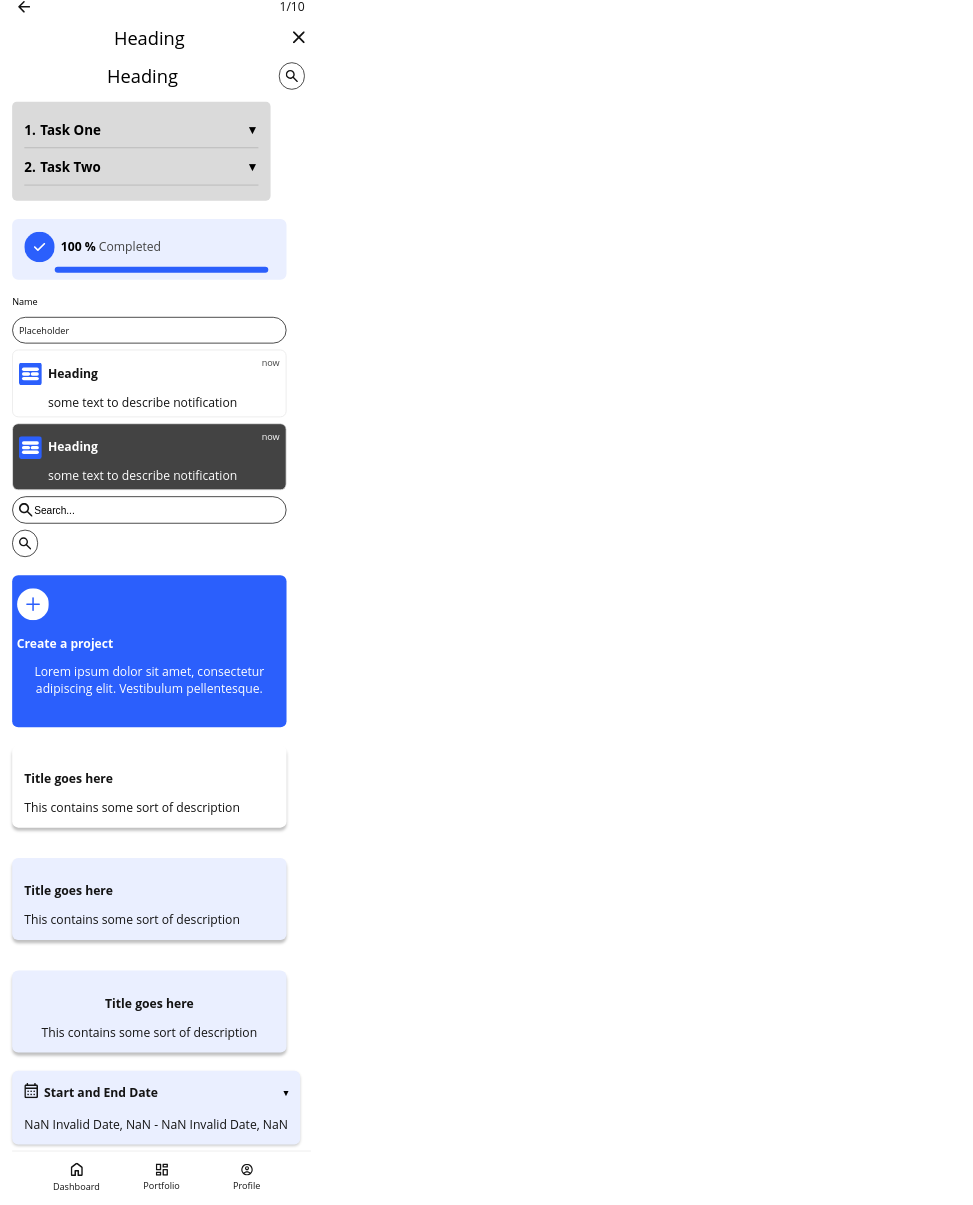
Repository: brunaguarizo/mosaic_app
Page: /
These files come from the project's save history. The page is drawn as it stood at one moment and after the next save; the edit follows.
The browser window is 1280 px wide. The pictures show the whole page, at 76% of full size.
The project was rebuilt for these pictures with package versions that can differ from the ones it lists, and the page was loaded fresh each time. The framework's server and built-in components were replaced by stand-ins that run in the browser. Also part of the build but not shown: next.config.mjs, app/_ui/Button/Button.js, app/_ui/Tag/Tag.js, app/_ui/Project_card/Project_card.js, app/_ui/Date_PopUp/Date_PopUp.module.css, app/_ui/Date_PopUp/Date_PopUp.js.

Above is the page before, as saved 2025-04-18 21:04:50.

### app/globals.css
/* ------------------------------------------------------ GENERAL STYLES ------------------------------------------------------ */
*,
*::before,
*::after {
    box-sizing: inherit;
}

html,
body {
    padding: 0;
    margin: 0;
    font-family: var(--font-family);
    box-sizing: border-box;
}

html {
    display: flex;
    justify-content: center;
    align-items: center;
    width: 393px;
    height: 100%;
    margin: var(--space-regular);
}

.container {
}

.two-column {
    display: grid;
    grid-template-columns: 1fr 1fr;
    gap: var(--space-large);
}

/* ------------------------------------------------------ VARIABLES ------------------------------------------------------ */
:root {
    /* ----- COLORS ----- */
    --blue-primary: rgb(43, 95, 252);
    --blue-50: rgb(234, 239, 255);
    --blue-900: rgb(18, 40, 106);
    --white: #ffffff;
    --black: rgb(20, 20, 20);
    --grey-400: rgb(67, 67, 67);
    --yellow-secondary: rgb(255, 218, 1);
    --orange-secondary: rgb(255, 94, 9);
    --green-secondary: rgb(0, 193, 79);
    --purple-secondary: rgb(154, 65, 255);

    /* ----- TYPE ----- */
    --font-family: "Open Sans", sans-serif;

    --header-xxlarge-size: 88px;
    --title-section-font-size: 30px;
    --button-font-size: 24px;
    --body-text-font-size: 20px;
    --menu-font-size: 16px;
    --label-font-size: 12px;

    --font-style-normal: normal;
    --font-weight-bold: bold;

    --line-height-xxlarge: 100px;
    --line-height-large: 36px;
    --line-height-medium: 28px;
    --line-height-small: 20px;

    /* ----- SPACING ----- */
    --space-small: 8px;
    --space-regular: 16px;
    --space-medium: 32px;
    --space-large: 48px;
    --space-extra-large: 140px;
}

### app/_ui/Task_Dropdown/Task_Dropdown.js
import React, { useState } from "react";
import styles from "./Task_Dropdown.module.css";

function TaskDropDown({ sections }) {
    const [openIndex, setOpenIndex] = useState(null);

    const handleToggle = (idx) => {
        setOpenIndex(openIndex === idx ? null : idx);
    };

    return (
        <div className={styles.accordion}>
            {sections.map((section, idx) => (
                <div
                    key={idx}
                    className={styles.section}>
                    <div
                        className={styles.header}
                        onClick={() => handleToggle(idx)}>
                        <span className={styles.index}>{section.index}.</span>
                        <span className={styles.title}>{section.title}</span>
                        <span className={styles.arrow}>
                            {openIndex === idx ? "▲" : "▼"}
                        </span>
                    </div>
                    {openIndex === idx && (
                        <div className={styles.content}>
                            <ul>
                                {section.items.map((item, i) => (
                                    <li key={i}>{item}</li>
                                ))}
                            </ul>
                        </div>
                    )}
                    <div className={styles.divider}></div>
                </div>
            ))}
        </div>
    );
}

export default TaskDropDown;

### app/_ui/Button/Button.module.css
.button {
    font-family: var(--font-family);
    font-size: var(--font-size-regular);
    font-weight: var(--font-weight-bold);
    width: 100%;
    padding-top: var(--space-small);
    padding-left: var(--space-regular);
    padding-right: var(--space-regular);
    padding-bottom: var(--space-small);
    border-radius: 100px;
    align-items: center;
    border: none;

    &:hover {
        background-color: var(--blue-900);
        color: var(--white);
    }
}

.primary {
    background: var(--blue-primary);
    color: var(--white);
}

.secondary {
    background-color: var(--white);
    border: 1px solid var(--blue-primary);
    color: var(--blue-primary);
}

.disabled {
    pointer-events: none;
    color: var(--white);
    background-color: var(--blue-100);
}

.small {
    font-size: var(--font-size-small);
    padding: var(--space-small);
    align-items: center;
}

.large {
    font-size: var(--font-size-large);
    padding: var(--space-regular);
}

.error {
    background-color: var(--orange-secondary);
}

/* ------------------------------------------------------ VARIABLES ------------------------------------------------------ */
:root {
    /* ----- COLORS ----- */
    --blue-primary: rgb(43, 95, 252);
    --blue-50: rgb(234, 239, 255);
    --blue-100: #bdcdfe;
    --blue-900: rgb(18, 40, 106);
    --white: #ffffff;
    --black: rgb(20, 20, 20);
    --grey-400: rgb(67, 67, 67);
    --yellow-secondary: rgb(255, 218, 1);
    --orange-secondary: rgb(255, 94, 9);
    --green-secondary: rgb(0, 193, 79);
    --purple-secondary: rgb(154, 65, 255);

    /* ----- TYPE ----- */
    --font-family: "Open Sans", sans-serif;

    --font-size-extra-large: 30px;
    --font-size-large: 24px;
    --font-size-medium: 20px;
    --font-size-regular: 16px;
    --font-size-small: 12px;

    --font-style-normal: normal;
    --font-weight-bold: bold;

    --line-height-xxlarge: 100px;
    --line-height-large: 36px;
    --line-height-medium: 28px;
    --line-height-small: 20px;

    /* ----- SPACING ----- */
    --space-small: 8px;
    --space-regular: 16px;
    --space-medium: 32px;
    --space-large: 48px;
    --space-extra-large: 140px;
}

### app/_ui/Date_Card/Date_Card.module.css
.card {
    background-color: var(--blue-50);
    border-radius: var(--space-small);
    padding: var(--space-regular);
    gap: var(--space-regular);
    box-shadow: 0 2px 4px rgba(0, 0, 0, 0.2);
    font-family: var(--font-family);
    cursor: pointer;
    display: flex;
    flex-direction: column;
    width: fit-content;
}

.header {
    display: flex;
    align-items: center;
    gap: var(--space-small);
    font-size: var(--font-size-regular);
    font-weight: var(--font-weight-bold);
    color: var(--black);
}

.label {
    flex-grow: 1;
}

.arrow {
    font-size: var(--font-size-small);
    color: black;
}

.arrow:hover {
    font-size: var(--font-size-small);
    color: var(--blue-primary);
}

.dateRange {
    margin-top: 2px;
    font-size: var(--font-size-regular);
    color: var(--black);
}

/* ------------------------------------------------------ VARIABLES ------------------------------------------------------ */
:root {
    /* ----- COLORS ----- */
    --blue-primary: rgb(43, 95, 252);
    --blue-50: rgb(234, 239, 255);
    --blue-100: #bdcdfe;
    --blue-900: rgb(18, 40, 106);
    --white: #ffffff;
    --black: rgb(20, 20, 20);
    --grey-400: rgb(67, 67, 67);
    --yellow-secondary: rgb(255, 218, 1);
    --orange-secondary: rgb(255, 94, 9);
    --green-secondary: rgb(0, 193, 79);
    --purple-secondary: rgb(154, 65, 255);

    /* ----- TYPE ----- */
    --font-family: "Open Sans", sans-serif;

    --font-size-extra-large: 30px;
    --font-size-large: 24px;
    --font-size-medium: 20px;
    --font-size-regular: 16px;
    --font-size-small: 12px;

    --font-style-normal: normal;
    --font-weight-bold: bold;

    --line-height-xxlarge: 100px;
    --line-height-large: 36px;
    --line-height-medium: 28px;
    --line-height-small: 20px;

    /* ----- SPACING ----- */
    --space-small: 8px;
    --space-regular: 16px;
    --space-medium: 32px;
    --space-large: 48px;
    --space-extra-large: 140px;
}

### app/_ui/Create_Project_Button/Create_Project_Button.module.css
.button_background {
    background-color: var(--blue-primary);
    border-radius: var(--space-small);
    border: none;
    width: 361px;
    height: 200px;
    display: flex;
    flex-direction: column;
    margin-top: var(--space-regular);
}

.button_icon {
    width: 42px;
    height: 42px;
    align-self: center;
    box-sizing: content-box;
    margin-top: var(--space-regular);
}

.button_heading {
    text-align: center;
    font-family: "Open Sans", sans-serif;
    font-size: var(--menu-font-size);
    font-weight: var(--font-weight-bold);
    color: white;
    padding: 0px;
    border: 0px;
    margin-top: var(--space-regular);
    margin-bottom: 0px;
}

.button_description {
    font-family: "Open Sans", sans-serif;
    font-size: var(--menu-font-size);
    font-style: var(--font-weight-normal);
    color: white;
    border: 0px;
    padding: 0px;
    margin-top: var(--space-regular);
    margin-bottom: 0px;
}
/* ------------------------------------------------------ VARIABLES ------------------------------------------------------ */
:root {
    /* ----- COLORS ----- */
    --blue-primary: rgb(43, 95, 252);
    --blue-50: rgb(234, 239, 255);
    --blue-900: rgb(18, 40, 106);
    --white: #ffffff;
    --grey-50: #e8e8e8;
    --black: rgb(20, 20, 20);
    --grey-400: rgb(67, 67, 67);
    --yellow-secondary: rgb(255, 218, 1);
    --orange-secondary: rgb(255, 94, 9);
    --green-secondary: rgb(0, 193, 79);
    --purple-secondary: rgb(154, 65, 255);

    /* ----- TYPE ----- */
    --font-family: "Open Sans", sans-serif;

    --header-xxlarge-size: 88px;
    --title-section-font-size: 30px;
    --button-font-size: 24px;
    --body-text-font-size: 20px;
    --menu-font-size: 16px;
    --label-font-size: 12px;

    --font-style-normal: normal;
    --font-weight-bold: bold;

    --line-height-xxlarge: 100px;
    --line-height-large: 36px;
    --line-height-medium: 28px;
    --line-height-small: 20px;

    /* ----- SPACING ----- */
    --space-small: 8px;
    --space-regular: 16px;
    --space-medium: 32px;
    --space-large: 48px;
    --space-extra-large: 140px;
}

### app/_ui/Search_Bar/Search_Bar.module.css
.primary {
    border: 1px solid var(--black);
    padding: var(--space-small);

    display: flex;
    flex-direction: row;
    width: 361px;
    border-radius: var(--border-radius-large);
}

.secondary {
    border: 1px solid var(--black);
    border-radius: var(--border-radius-large);
    width: var(--space-regular);
    box-sizing: content-box;
}

.visible {
    border: none;
}
.invisible {
    display: none;
}

.search_item {
    border: none;
}

.search_item:focus {
    outline: none;
    box-shadow: none;
}

/* ------------------------------------------------------ VARIABLES ------------------------------------------------------ */
:root {
    /* ----- COLORS ----- */
    --blue-primary: rgb(43, 95, 252);
    --blue-50: rgb(234, 239, 255);
    --blue-900: rgb(18, 40, 106);
    --white: #ffffff;
    --grey-50: #e8e8e8;
    --black: rgb(20, 20, 20);
    --grey-400: rgb(67, 67, 67);
    --yellow-secondary: rgb(255, 218, 1);
    --orange-secondary: rgb(255, 94, 9);
    --green-secondary: rgb(0, 193, 79);
    --purple-secondary: rgb(154, 65, 255);

    /* ----- BORDER RADIUS ----- */
    --border-radius-large: 100px;

    /* ----- TYPE ----- */
    --font-family: "Open Sans", sans-serif;

    --header-xxlarge-size: 88px;
    --title-section-font-size: 30px;
    --button-font-size: 24px;
    --body-text-font-size: 20px;
    --menu-font-size: 16px;
    --label-font-size: 12px;

    --font-style-normal: normal;
    --font-weight-bold: bold;

    --line-height-xxlarge: 100px;
    --line-height-large: 36px;
    --line-height-medium: 28px;
    --line-height-small: 20px;

    /* ----- SPACING ----- */
    --space-small: 8px;
    --space-regular: 16px;
    --space-medium: 32px;
    --space-large: 48px;
    --space-extra-large: 140px;
}

### app/_ui/Progress_Bar/Progress_Bar.module.css
.background {
    background-color: var(--blue-50);
    display: flex;
    flex-direction: row;
    border-radius: var(--space-small);
    align-items: center;
    padding: 16px;
    width: 361px;
    height: 80px;
    margin-top: var(--space-regular);
}
.icon {
    color: var(--blue-primary);
}

.content_row {
    display: flex;
    flex-direction: column;
}

.bar_text {
    display: flex;
    flex-direction: row;
    align-items: center;
}
.bar_completion,
.bar_amount {
    font-family: var(--font-family);
}
.bar_completion {
    color: var(--grey-400);
}
.bar_amount {
    font-size: var(--menu-font-size);
    padding-right: 4px;
}
.bar_text {
    padding-left: var(--space-small);
}

.bar {
    background-color: var(--blue-primary);
    width: 281px;
    height: var(--space-small);
    border-radius: var(--space-small);
}

/* ------------------------------------------------------ VARIABLES ------------------------------------------------------ */
:root {
    /* ----- COLORS ----- */
    --blue-primary: rgb(43, 95, 252);
    --blue-50: rgb(234, 239, 255);
    --blue-900: rgb(18, 40, 106);
    --white: #ffffff;
    --grey-50: #e8e8e8;
    --black: rgb(20, 20, 20);
    --grey-400: rgb(67, 67, 67);
    --yellow-secondary: rgb(255, 218, 1);
    --orange-secondary: rgb(255, 94, 9);
    --green-secondary: rgb(0, 193, 79);
    --purple-secondary: rgb(154, 65, 255);

    /* ----- TYPE ----- */
    --font-family: "Open Sans", sans-serif;

    --header-xxlarge-size: 88px;
    --title-section-font-size: 30px;
    --button-font-size: 24px;
    --body-text-font-size: 20px;
    --menu-font-size: 16px;
    --label-font-size: 12px;

    --font-style-normal: normal;
    --font-weight-bold: bold;

    --line-height-xxlarge: 100px;
    --line-height-large: 36px;
    --line-height-medium: 28px;
    --line-height-small: 20px;

    /* ----- SPACING ----- */
    --space-small: 8px;
    --space-regular: 16px;
    --space-medium: 32px;
    --space-large: 48px;
    --space-extra-large: 140px;
}

### app/_ui/Input_Box/Input_Box.module.css
.primary {
    display: flex;
    flex-direction: column;
}

.hidden {
    display: none;
}

.input_name {
    font-family: var(--font-family);
    font-size: var(--label-font-size);
}

.input_box {
    font-family: var(--font-family);
    font-size: var(--label-font-size);
    color: var(--black);
    padding: 8px;
    border-radius: 100px;
    width: 361px;
    border: 1px solid var(--black);
}

/* ------------------------------------------------------ VARIABLES ------------------------------------------------------ */
:root {
    /* ----- COLORS ----- */
    --blue-primary: rgb(43, 95, 252);
    --blue-50: rgb(234, 239, 255);
    --blue-900: rgb(18, 40, 106);
    --white: #ffffff;
    --grey-50: #e8e8e8;
    --black: rgb(20, 20, 20);
    --grey-400: rgb(67, 67, 67);
    --yellow-secondary: rgb(255, 218, 1);
    --orange-secondary: rgb(255, 94, 9);
    --green-secondary: rgb(0, 193, 79);
    --purple-secondary: rgb(154, 65, 255);

    /* ----- TYPE ----- */
    --font-family: "Open Sans", sans-serif;

    --header-xxlarge-size: 88px;
    --title-section-font-size: 30px;
    --button-font-size: 24px;
    --body-text-font-size: 20px;
    --menu-font-size: 16px;
    --label-font-size: 12px;

    --font-style-normal: normal;
    --font-weight-bold: bold;

    --line-height-xxlarge: 100px;
    --line-height-large: 36px;
    --line-height-medium: 28px;
    --line-height-small: 20px;

    /* ----- SPACING ----- */
    --space-small: 8px;
    --space-regular: 16px;
    --space-medium: 32px;
    --space-large: 48px;
    --space-extra-large: 140px;
}

### app/_ui/Task_Dropdown/Task_Dropdown.module.css
.accordion {
    background: #dadada;
    padding: 16px;
    border-radius: 6px;
    font-family: system-ui, sans-serif;
    width: 340px;
}

.section {
    margin-bottom: 0;
}

.header {
    display: flex;
    align-items: center;
    font-weight: bold;
    cursor: pointer;
    padding: 8px 0;
    font-size: 1.1em;
}

.index {
    margin-right: 6px;
}

.title {
    flex: 1;
}

.arrow {
    margin-left: 8px;
    font-size: 0.9em;
}

.content {
    padding: 8px 0 8px 24px;
    font-weight: normal;
}

.content ul {
    margin: 0;
    padding-left: 18px;
}

.divider {
    border-bottom: 1px solid #b0b0b0;
    margin: 4px 0;
}

### app/_ui/Tag/Tag.module.css
.tag {
    font-family: var(--font-family);
    font-size: var(--font-size-small);
    font-weight: var(--font-weight-regular);
    width: 80px;
    padding: var(--space-extra-small);
    border-radius: 100px;
    border: none;
    background-color: var(--orange-secondary);

    display: flex;
    justify-content: center;
    align-items: center;
    text-align: center;
}

/* ------------------------------------------------------ VARIABLES ------------------------------------------------------ */
:root {
    /* ----- COLORS ----- */
    --blue-primary: rgb(43, 95, 252);
    --blue-50: rgb(234, 239, 255);
    --blue-100: #bdcdfe;
    --blue-900: rgb(18, 40, 106);
    --white: #ffffff;
    --black: rgb(20, 20, 20);
    --grey-400: rgb(67, 67, 67);
    --yellow-secondary: rgb(255, 218, 1);
    --orange-secondary: rgb(255, 94, 9);
    --green-secondary: rgb(0, 193, 79);
    --purple-secondary: rgb(154, 65, 255);

    /* ----- TYPE ----- */
    --font-family: "Open Sans", sans-serif;

    --font-size-extra-large: 30px;
    --font-size-large: 24px;
    --font-size-medium: 20px;
    --font-size-regular: 16px;
    --font-size-small: 12px;

    --font-style-normal: normal;
    --font-weight-bold: bold;

    --line-height-xxlarge: 100px;
    --line-height-large: 36px;
    --line-height-medium: 28px;
    --line-height-small: 20px;

    /* ----- SPACING ----- */
    --space-extra-small: 4px;
    --space-small: 8px;
    --space-regular: 16px;
    --space-medium: 32px;
    --space-large: 48px;
    --space-extra-large: 140px;
}

Loaded but not shown: app/layout.js (common file); app/_ui/navbar/navbar.js (56 lines, source omitted); app/_ui/Heading_Bar/Heading_Bar.js (104 lines, source omitted); app/_ui/Date_Card/Date_Card.js (50 lines, source omitted); app/page.js (95 lines, source omitted); app/_ui/Search_Bar/Search_Bar.js (36 lines, source omitted); app/_ui/Create_Project_Button/Create_Project_Button.js (38 lines, source omitted); app/_ui/Progress_Bar/Progress_Bar.js (38 lines, source omitted); app/_ui/Notification_Box/Notification_Box.js (37 lines, source omitted); app/_ui/Input_Box/Input_Box.js (23 lines, source omitted); app/_ui/Description_Box/Description_Box.js (18 lines, source omitted); app/page.module.css (175 lines, source omitted); app/_ui/Description_Box/Description_Box.module.css (95 lines, source omitted); app/_ui/Notification_Box/Notification_Box.module.css (107 lines, source omitted); app/_ui/Project_card/Project_card.module.css (102 lines, source omitted); app/_ui/navbar/navbar.module.css (93 lines, source omitted); app/_ui/Heading_Bar/Heading_Bar.module.css (98 lines, source omitted)

After the next save:
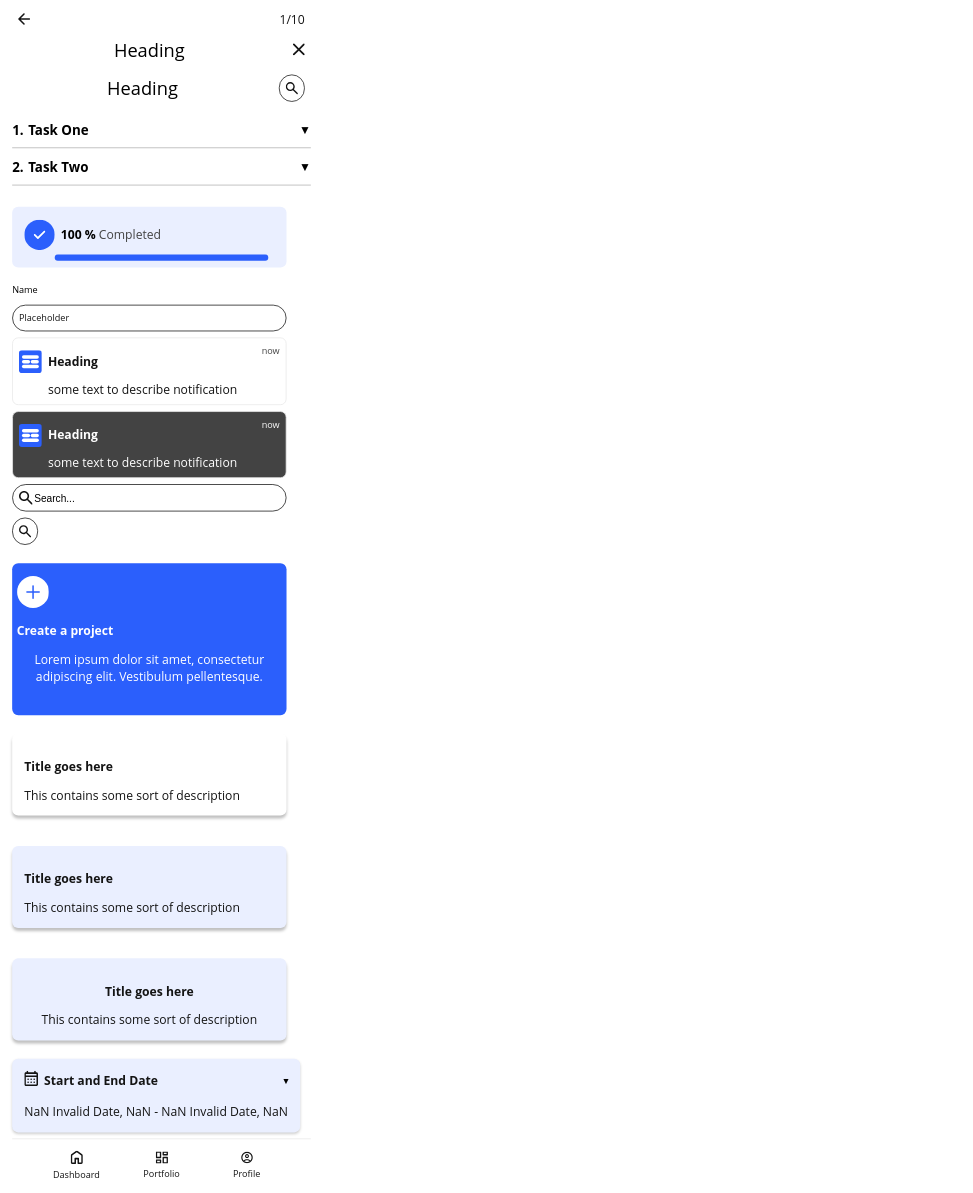
Saved 24 s later.
--- a/app/_ui/Task_Dropdown/Task_Dropdown.js
+++ b/app/_ui/Task_Dropdown/Task_Dropdown.js
@@ -9,7 +9,7 @@ function TaskDropDown({ sections }) {
     };
 
     return (
-        <div className={styles.accordion}>
+        <div className={styles.dropdown}>
             {sections.map((section, idx) => (
                 <div
                     key={idx}

After the save that followed:
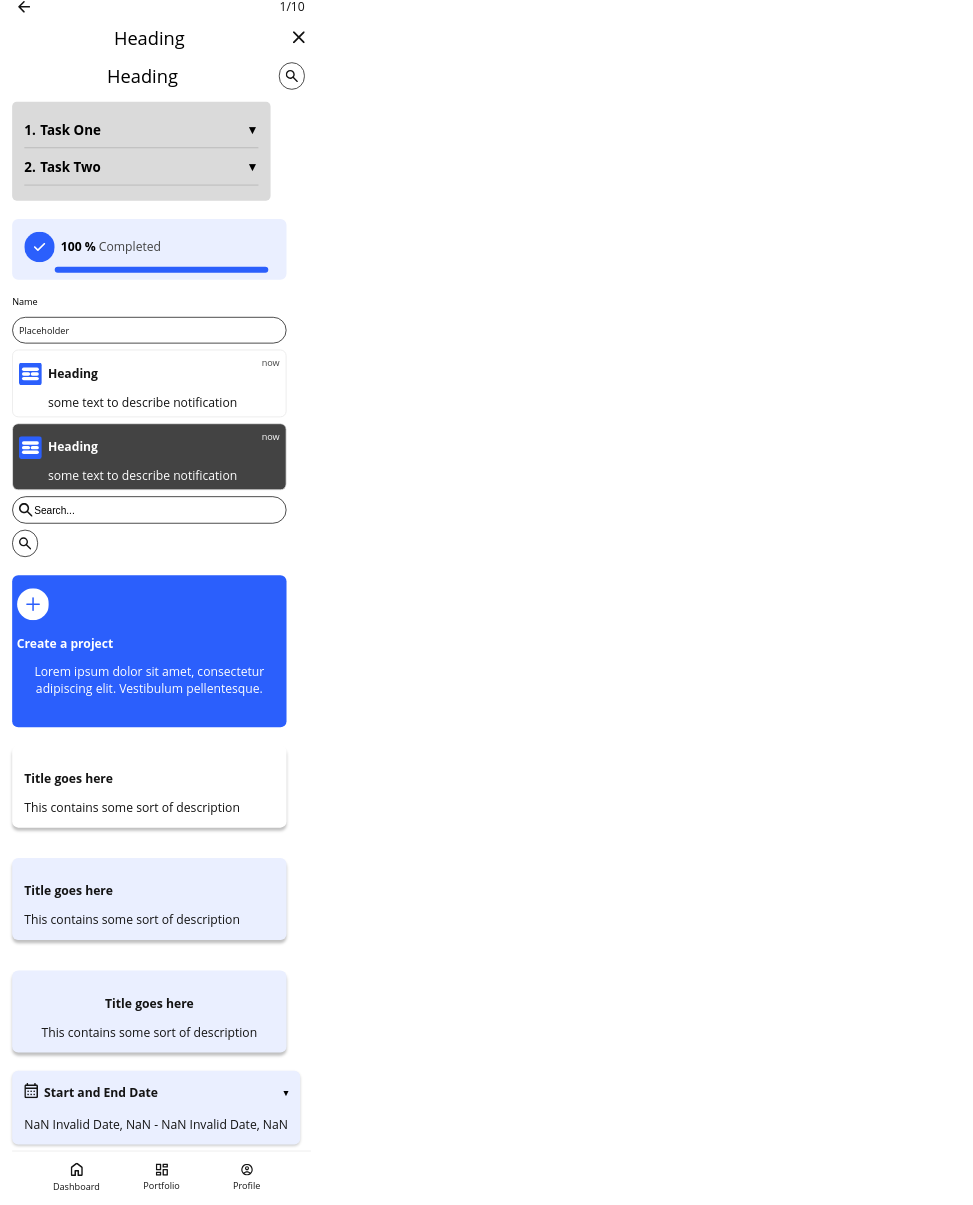
Saved 11 s later.
--- a/app/_ui/Task_Dropdown/Task_Dropdown.module.css
+++ b/app/_ui/Task_Dropdown/Task_Dropdown.module.css
@@ -1,4 +1,4 @@
-.accordion {
+.dropdown {
     background: #dadada;
     padding: 16px;
     border-radius: 6px;
